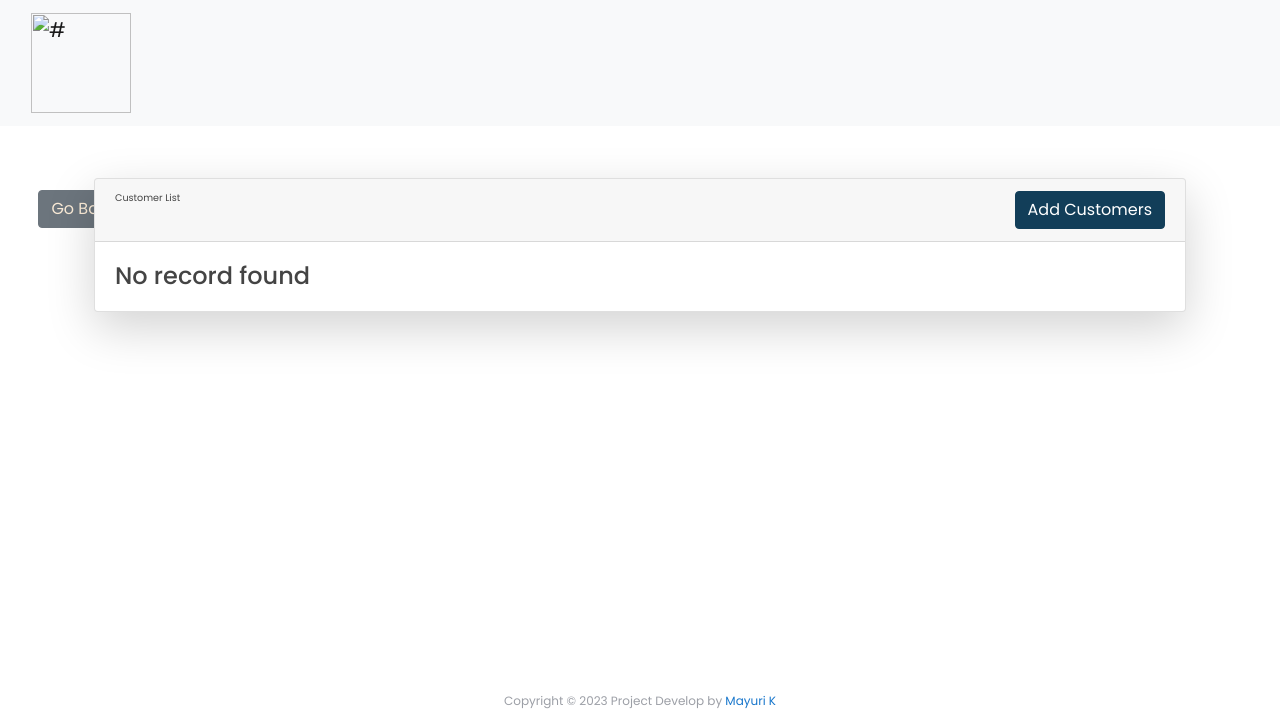
Repository: JyrossC/POS-PHP
Page: http://localhost/customer/customers.php
These files come from the project's save history. The page is drawn as it stood at one moment and after the next save; the edit follows.
The browser window is 1280 px wide. The pictures show the whole page.
Some web fonts or font styles are not loaded; a fallback is used. The page is run by PHP 8.4 with error messages shown; the project is at /var/www/html/. Queries for data that is not in the repository find no rows.

Above is the page before, as saved 2024-08-24 15:05:33.

After the next save:
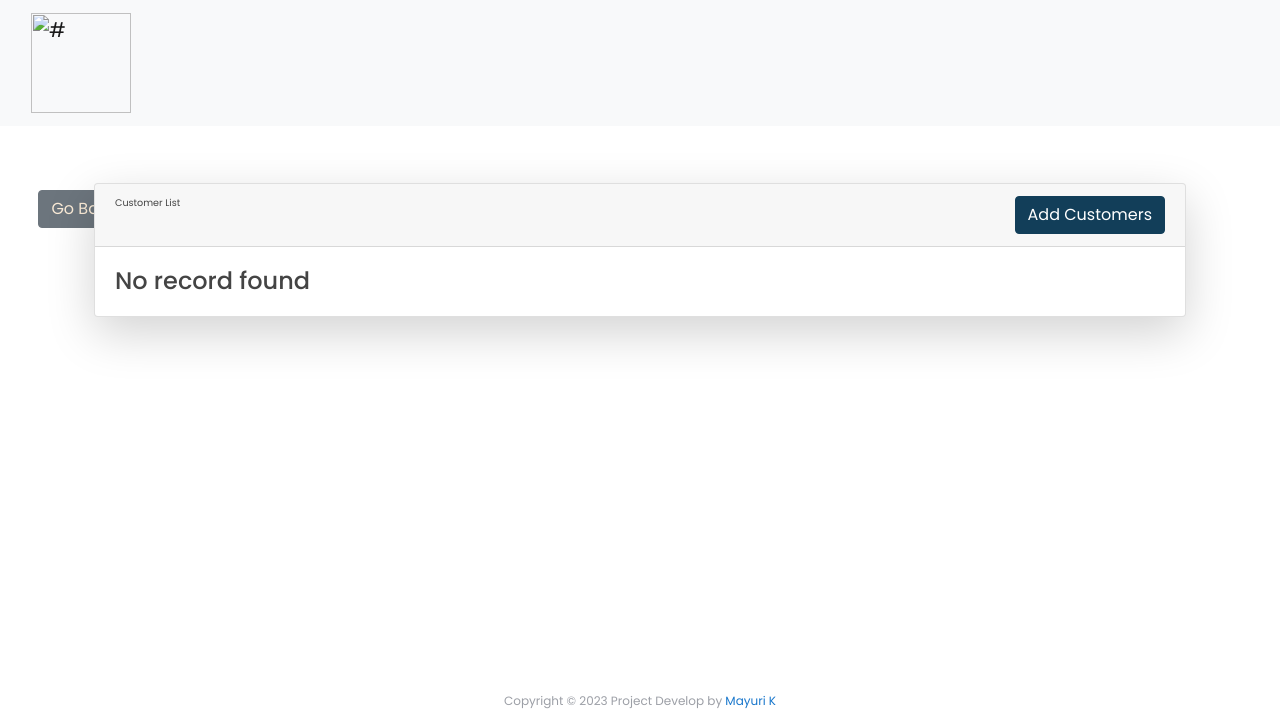
Saved 13 s later.
--- a/POS System/customer/customers.php
+++ b/POS System/customer/customers.php
@@ -15,7 +15,7 @@ include('navbar.php');
     </button>
 </div>
 
-<div class="container px-4" style="margin-top: -90px;" >
+<div class="container px-4" style="margin-top: -85px;" >
     <div class="card mt-4 shadow-lg">
         <div class="card-header">
             <small class="mb-0">Customer List
